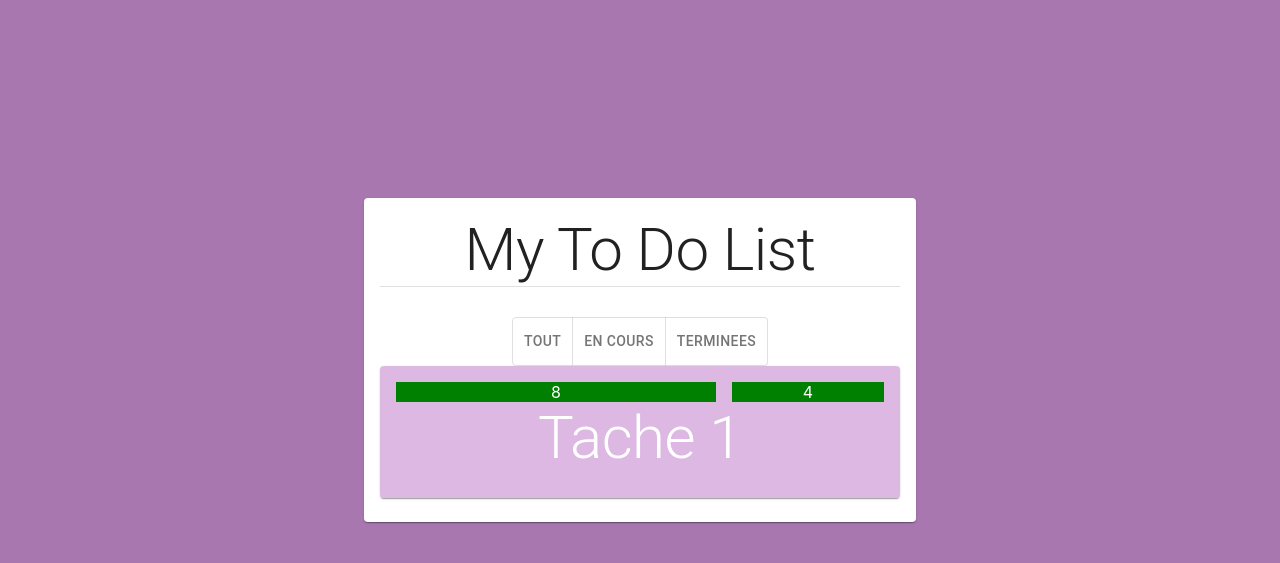
Repository: Fathiyasmine/Todo-list-project
Page: /
The author's editor kept a copy of each file at every save. The page is drawn from the files as they stood at one save, then again after the next save.
The browser window is 1280 px wide. The pictures show the whole page.
The project was rebuilt for these pictures with package versions that can differ from the ones it lists, and the page was loaded fresh each time.

Above is the page before, as saved 2025-12-07 17:13:52.

### src/App.js
import "./App.css";
import ToDoList from "./components/ToDoList";

function App() {
  return (
    <div
      className="App"
      style={{
        display: "flex",
        justifyContent: "center",
        alignItems: "center",
        background: "#a877b0",
        height: "100vh",
      }}
    >
      <ToDoList />
    </div>
  );
}

export default App;

### src/components/ToDoList.js
import * as React from "react";
import Container from "@mui/material/Container";
import Card from "@mui/material/Card";
import CardContent from "@mui/material/CardContent";
import Typography from "@mui/material/Typography";
import Divider from "@mui/material/Divider";
import ToggleButton from "@mui/material/ToggleButton";
import ToggleButtonGroup from "@mui/material/ToggleButtonGroup";
//Components
import Todo from "./Todo";
export default function ToDoList() {
  return (
    <Container maxWidth="sm">
      <Card>
        <CardContent>
          <Typography variant="h2">My To Do List</Typography>
          <Divider />
          {/*Filter buttons */}
          <ToggleButtonGroup
            // value={alignment}
            exclusive
            // onChange={handleAlignment}
            aria-label="text alignment"
            style={{ marginTop: "30px" }}
          >
            <ToggleButton value="left">Tout</ToggleButton>
            <ToggleButton value="right">En cours</ToggleButton>
            <ToggleButton value="center">Terminees</ToggleButton>
          </ToggleButtonGroup>
          {/*Filter buttons */}
          {/*All todos */}
          <Todo />
          {/*All todos */}
        </CardContent>
      </Card>
    </Container>
  );
}

### src/components/Todo.js
import Card from "@mui/material/Card";
import CardContent from "@mui/material/CardContent";
import Typography from "@mui/material/Typography";
import Grid from "@mui/material/Grid";

export default function Todo() {
  return (
    <>
      <Card style={{ color: "white", background: "#c990d3a3" }}>
        <CardContent>
          <Grid container spacing={2}>
            <Grid size={8} style={{ background: "green" }}>
              8
            </Grid>
            <Grid size={4} style={{ background: "green" }}>
              4{" "}
            </Grid>
          </Grid>
          <Typography variant="h2">Tache 1</Typography>
        </CardContent>
      </Card>
    </>
  );
}

Loaded but not shown: public/index.html (common file); src/index.js (common file); src/index.css (common file); src/reportWebVitals.js (common file); src/App.css (common file)

After the next save:
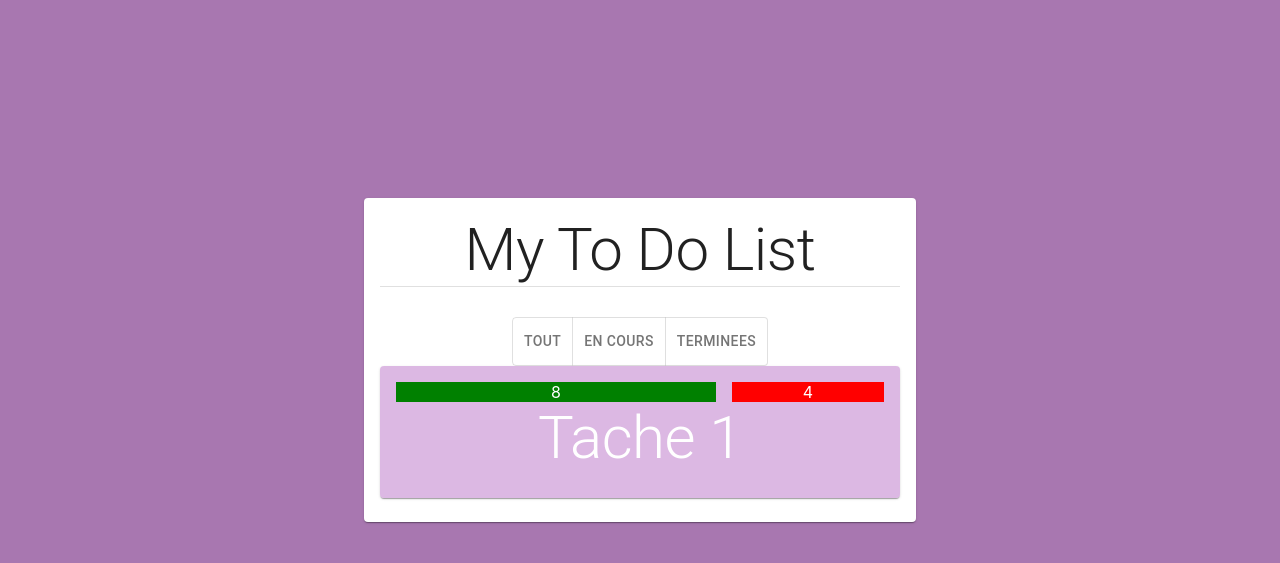
Saved 6 s later.
--- a/src/components/Todo.js
+++ b/src/components/Todo.js
@@ -12,7 +12,7 @@ export default function Todo() {
             <Grid size={8} style={{ background: "green" }}>
               8
             </Grid>
-            <Grid size={4} style={{ background: "green" }}>
+            <Grid size={4} style={{ background: "red" }}>
               4{" "}
             </Grid>
           </Grid>
